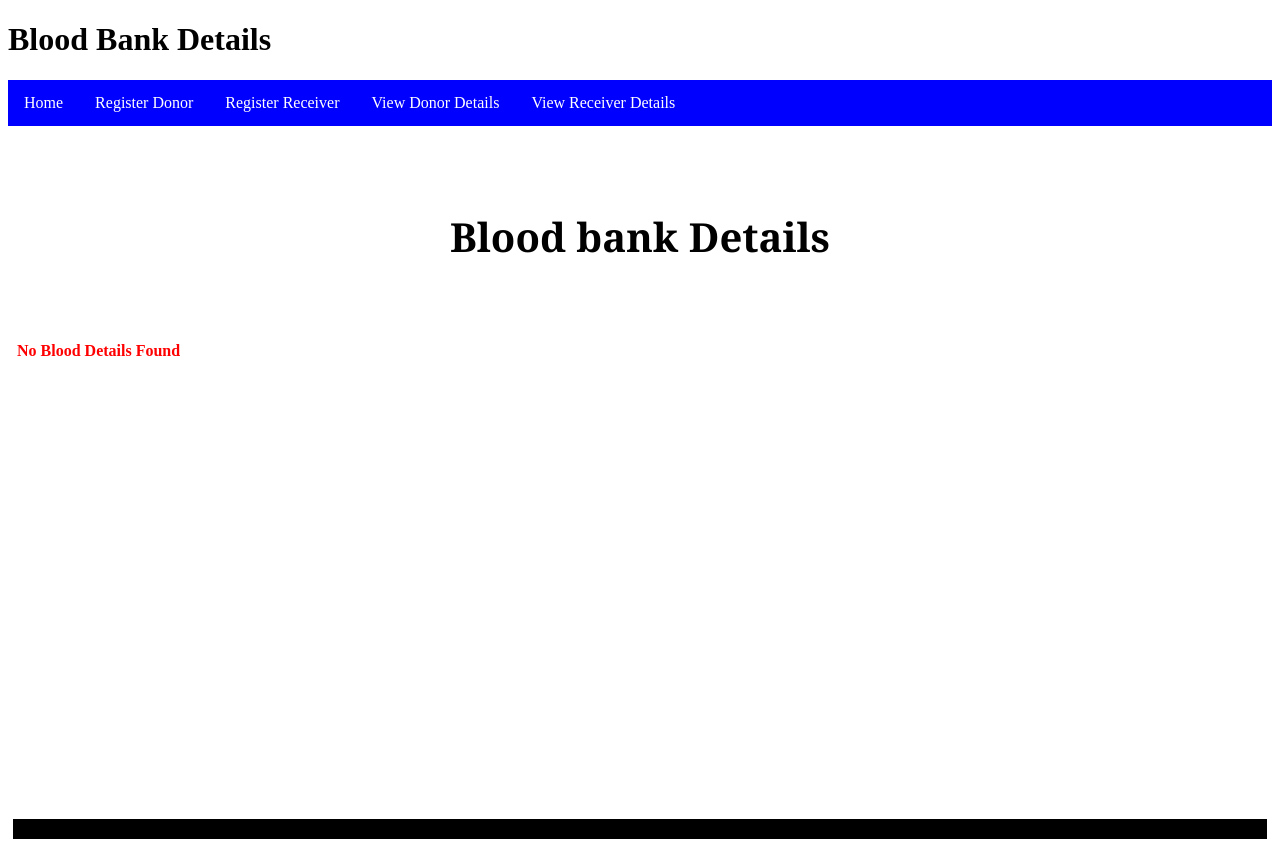
Repository: KarthikaShaja/BloodBank
Page: http://localhost/BloodBank/admin/admin_bank_view_all.jsp
The author's editor kept a copy of each file at every save. The page is drawn from the files as they stood at one save, then again after the next save.
The browser window is 1280 px wide. The pictures show the whole page.
The page is served by Tomcat 9. Queries for data that is not in the repository find no rows.

Above is the page before, as saved 2019-12-03 06:04:41.

After the next save:
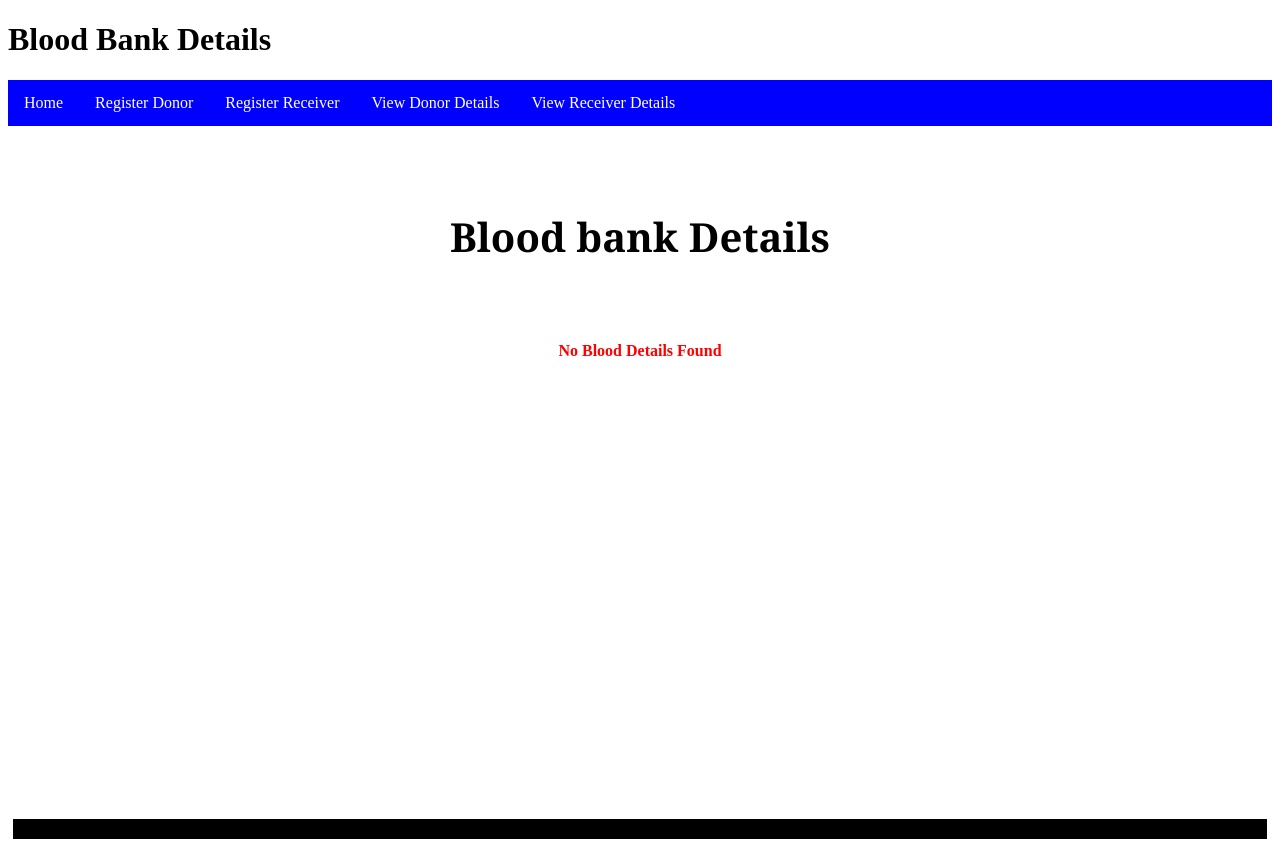
Saved 37 s later.
--- a/project/BloodBank/WebContent/admin/admin_bank_view_all.jsp
+++ b/project/BloodBank/WebContent/admin/admin_bank_view_all.jsp
@@ -77,7 +77,7 @@
 																	} else {
 																%>
 																<tr>
-																	<td valign="middle" colspan="7"
+																	<td valign="middle" colspan="7" align="center"
 																		style="color: red; font-weight: bold;">No Blood
 																		Details Found</td>
 																</tr>
